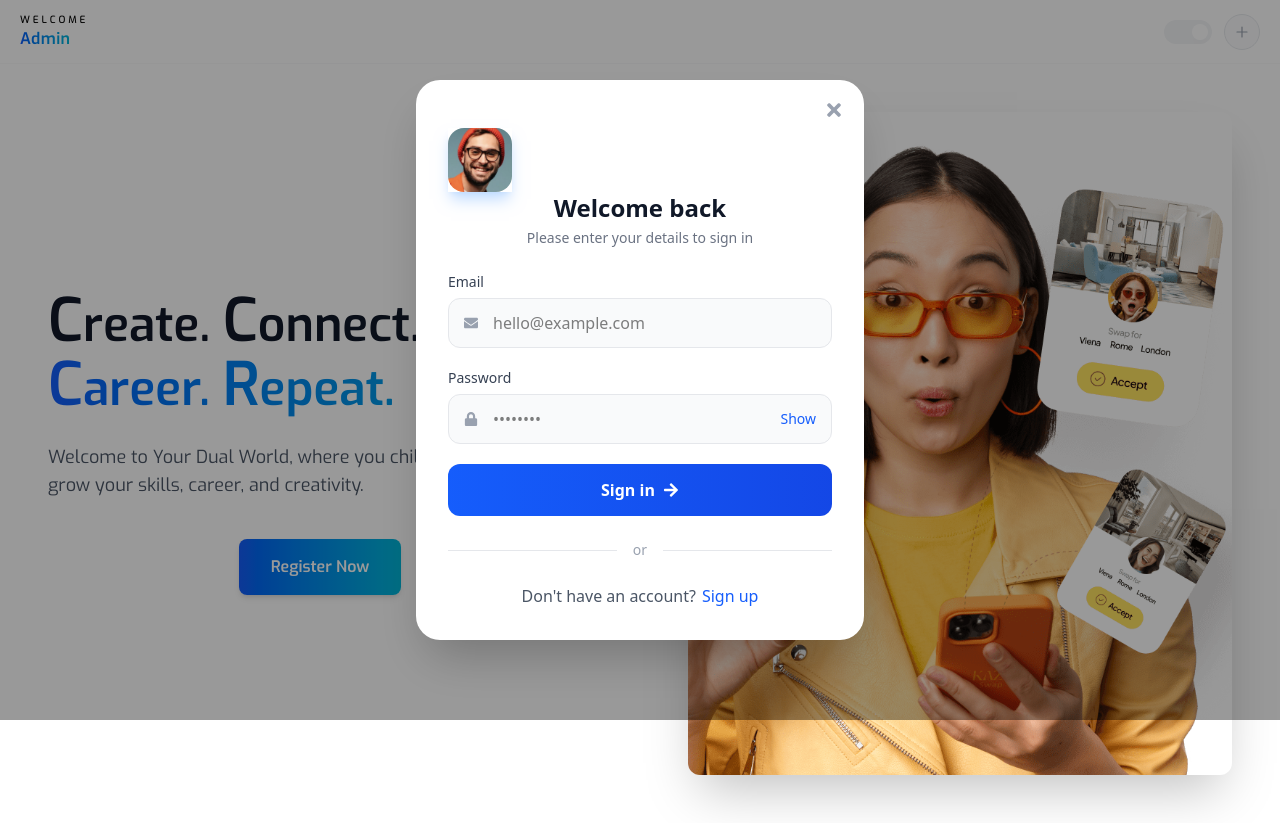
Repository: deepak445566/job
Page: / (app in frontend/), after clicking the first element matching `button.group`
These files come from the project's save history. The page is drawn as it stood at one moment and after a run of saves; the edit follows.
The browser window is 1280 px wide. The pictures show the whole page.
The page's requests for data from a server got no answer. Some web fonts or font styles are not loaded; a fallback is used. The project was rebuilt for these pictures with package versions that can differ from the ones it lists, and the page was loaded fresh each time. Some packages were replaced by stand-ins written for this rebuild. No one was signed in, and anything a server would have sent is missing. Also part of the build but not shown: frontend/vite.config.js, frontend/src/Components/study/StudyDashboard.jsx, frontend/src/Components/chill/ChillDashboard.jsx.

Above is the page before, as saved 2026-02-26 14:33:46.

### frontend/index.html
<!doctype html>
<html lang="en">
  <head>
    <meta charset="UTF-8" />
    <link rel="icon" type="image/svg+xml" href="/vite.svg" />
    <meta name="viewport" content="width=device-width, initial-scale=1.0" />
    <title>frontend</title>
    <link rel="preconnect" href="https://fonts.googleapis.com">
<link rel="preconnect" href="https://fonts.gstatic.com" crossorigin>
<link href="https://fonts.googleapis.com/css2?family=Exo:ital,wght@0,100..900;1,100..900&family=Playfair+Display:ital,wght@0,400..900;1,400..900&display=swap" rel="stylesheet">
  </head>
  <body>
    <div id="root"></div>
    <script type="module" src="/src/main.jsx"></script>
  </body>
</html>

### frontend/src/main.jsx
import { StrictMode } from 'react'
import { createRoot } from 'react-dom/client'
import './index.css'
import App from './App.jsx'
import {BrowserRouter} from 'react-router-dom'
import { AppContextProvider } from './context/AppContextProvider.jsx'




createRoot(document.getElementById('root')).render(
  <BrowserRouter>
  <AppContextProvider>
  <StrictMode>
    <App />
  </StrictMode>
  </AppContextProvider>
  </BrowserRouter>
)

### frontend/src/index.css
@import "tailwindcss";
.exo{
  font-family: "Exo", sans-serif;

  font-style: normal;
}

### frontend/src/App.jsx
import React from "react";
import Login from "./Components/auth/Login";
import { Route, Routes } from "react-router-dom";
import Dashboard from "./Components/Dashboard";
import { useAppContext } from "./context/AppContextProvider";
import Navbar from "./Components/common/Navbar";

function App() {
  const { showLogin } = useAppContext(); // user bhi lein context se

  return (
    <div>
      {/* Navbar hamesha dikhega */}
      <Navbar />

      {/* Login modal - tabhi dikhega jab showLogin true ho */}
      {showLogin && <Login />}

      <Routes>
        <Route path="/" element={<Dashboard />} />
      </Routes>
    </div>
  );
}

export default App;

### frontend/src/context/AppContextProvider.jsx
import { useContext, useEffect, useState } from "react";
import { useNavigate } from "react-router-dom";
import axios from "axios";
import { AppContext } from "./AppContext";
import toast from 'react-hot-toast';

axios.defaults.withCredentials = true;
axios.defaults.baseURL = import.meta.env.VITE_BACKEND_URL;
console.log("Base URL:", import.meta.env.VITE_BACKEND_URL);

export const AppContextProvider = ({ children }) => {
  const navigate = useNavigate();
  const [user, setUser] = useState(null);
  const [mode, setMode] = useState('chill'); // Default 'chill' ya 'study'
  const [showLogin, setShowLogin] = useState(false);
  const [loading, setLoading] = useState(true);

  const fetchUser = async () => {
    try {
      const { data } = await axios.get("/api/auth/isauth");
      if (data.success) {
        setUser(data.user);
        // User login hai toh uski mode fetch karo
        fetchUserMode();
      }
    } catch (error) {
      setUser(null);
    } finally {
      setLoading(false);
    }
  };

  // User ka mode fetch karne ka function
  const fetchUserMode = async () => {
    try {
      const { data } = await axios.get("/api/mode/");
      if (data.success) {
        setMode(data.mode);
      }
    } catch (error) {
      console.log("Error fetching mode:", error);
    }
  };

  // Mode toggle karne ka function
  const toggleMode = async () => {
    if (!user) {
      toast.error("Please login first");
      setShowLogin(true);
      return;
    }

    try {
      const { data } = await axios.put("/api/mode/switch");
      if (data.success) {
        setMode(data.mode);
        toast.success(data.message);
      }
    } catch (error) {
      toast.error(error.response?.data?.message || "Error switching mode");
    }
  };

  useEffect(() => {
    fetchUser();
  }, []);

  return (
    <AppContext.Provider
      value={{
        navigate,
        user,
        setUser,
        axios,
        setShowLogin,
        showLogin,
        mode,
        setMode,
        toggleMode,
        loading
      }}
    >
      {children}
    </AppContext.Provider>
  );
};

export const useAppContext = () => useContext(AppContext);

### frontend/src/Components/auth/Login.jsx
import React from "react";
import toast from "react-hot-toast";
import { useAppContext } from "../../context/AppContextProvider";
import {
  FaEnvelope,
  FaLock,
  FaTimes,
  FaArrowRight,
  FaUser,
} from "react-icons/fa";

function Login() {
  const { setShowLogin, setUser, axios, navigate } = useAppContext();
  const [state, setState] = React.useState("login");
  const [username, setUsername] = React.useState("");
  const [email, setEmail] = React.useState("");
  const [password, setPassword] = React.useState("");
  const [showPassword, setShowPassword] = React.useState(false);
  const [isLoading, setIsLoading] = React.useState(false);

  const onSubmitHandle = async (e) => {
    e.preventDefault();
    setIsLoading(true);

    try {
      let payload = {};

      if (state === "register") {
        payload = { username, email, password };
      } else {
        payload = { email, password };
      }

      const { data } = await axios.post(`/api/auth/${state}`, payload);

      if (data.success) {
        toast.success(
          state === "login"
            ? "Welcome back! 👋"
            : "Account created successfully! 🎉",
        );
        navigate("/");
        setUser(data.user);
        setShowLogin(false);
      } else {
        toast.error(data.message);
      }
    } catch (error) {
      toast.error(error.response?.data?.message || error.message);
    } finally {
      setIsLoading(false);
    }
  };

  return (
    <div
      onClick={() => setShowLogin(false)}
      className="fixed inset-0 z-50 flex items-center justify-center bg-black/40 p-4"
    >
      <div
        onClick={(e) => e.stopPropagation()}
        className="relative w-full max-w-md bg-white rounded-3xl shadow-2xl overflow-hidden animate-slideUp"
      >
        {/* Simple Close Button */}
        <button
          onClick={() => setShowLogin(false)}
          className="absolute top-5 right-5 text-gray-400 hover:text-gray-600 transition-colors z-10"
        >
          <FaTimes size={20} />
        </button>

        {/* Simple Header */}
        <div className="pt-12 pb-6 px-8 text-center">
          <div className="w-16 h-16  flex items-center justify-center shadow-lg shadow-blue-200">
         <img src="/images/log.jpg" className="rounded-2xl"/>
          </div>
          <h2 className="text-2xl font-semibold text-gray-900">
            {state === "login" ? "Welcome back" : "Create account"}
          </h2>
          <p className="text-gray-500 text-sm mt-1">
            {state === "login"
              ? "Please enter your details to sign in"
              : "Please fill in the details to get started"}
          </p>
        </div>

        {/* Form Section */}
        <div className="px-8 pb-8">
          <form onSubmit={onSubmitHandle} className="space-y-5">
            {state === "register" && (
              <div>
                <label className="block text-sm font-medium text-gray-700 mb-1.5">
                  Full Name
                </label>
                <div className="relative">
                  <FaUser className="absolute left-4 top-1/2 -translate-y-1/2 text-gray-400 text-sm" />
                  <input
                    type="text"
                    value={username}
                    onChange={(e) => setUsername(e.target.value)}
                    placeholder="John Doe"
                    className="w-full pl-11 pr-4 py-3 bg-gray-50 border border-gray-200 rounded-xl focus:bg-white focus:border-blue-500 focus:ring-1 focus:ring-blue-500 outline-none transition-all"
                    required
                  />
                </div>
              </div>
            )}

            <div>
              <label className="block text-sm font-medium text-gray-700 mb-1.5">
                Email
              </label>
              <div className="relative">
                <FaEnvelope className="absolute left-4 top-1/2 -translate-y-1/2 text-gray-400 text-sm" />
                <input
                  type="email"
                  value={email}
                  onChange={(e) => setEmail(e.target.value)}
                  placeholder="hello@example.com"
                  className="w-full pl-11 pr-4 py-3 bg-gray-50 border border-gray-200 rounded-xl focus:bg-white focus:border-blue-500 focus:ring-1 focus:ring-blue-500 outline-none transition-all"
                  required
                />
              </div>
            </div>

            <div>
              <label className="block text-sm font-medium text-gray-700 mb-1.5">
                Password
              </label>
              <div className="relative">
                <FaLock className="absolute left-4 top-1/2 -translate-y-1/2 text-gray-400 text-sm" />
                <input
                  type={showPassword ? "text" : "password"}
                  value={password}
                  onChange={(e) => setPassword(e.target.value)}
                  placeholder="••••••••"
                  className="w-full pl-11 pr-24 py-3 bg-gray-50 border border-gray-200 rounded-xl focus:bg-white focus:border-blue-500 focus:ring-1 focus:ring-blue-500 outline-none transition-all"
                  required
                />
                <button
                  type="button"
                  onClick={() => setShowPassword(!showPassword)}
                  className="absolute right-4 top-1/2 -translate-y-1/2 text-sm font-medium text-blue-600 hover:text-blue-700"
                >
                  {showPassword ? "Hide" : "Show"}
                </button>
              </div>
            </div>



            <button
              type="submit"
              disabled={isLoading}
              className="w-full py-3.5 px-4 bg-gradient-to-r from-blue-600 to-blue-700 hover:from-blue-700 hover:to-blue-800 text-white font-semibold rounded-xl transition-all transform hover:scale-[1.02] focus:ring-2 focus:ring-blue-500 focus:ring-offset-2 disabled:opacity-70 disabled:cursor-not-allowed flex items-center justify-center gap-2 group"
            >
              {isLoading ? (
                <div className="w-5 h-5 border-2 border-white border-t-transparent rounded-full animate-spin" />
              ) : (
                <>
                  <span>{state === "login" ? "Sign in" : "Create account"}</span>
                  <FaArrowRight className="group-hover:translate-x-1 transition-transform" />
                </>
              )}
            </button>

            {/* Divider */}
            <div className="relative my-6">
              <div className="absolute inset-0 flex items-center">
                <div className="w-full border-t border-gray-200"></div>
              </div>
              <div className="relative flex justify-center text-sm">
                <span className="px-4 bg-white text-gray-400">or</span>
              </div>
            </div>

            {/* Toggle between login/register */}
            <div className="text-center">
              <p className="text-gray-600">
                {state === "login" ? "Don't have an account?" : "Already have an account?"}
                <button
                  onClick={() => setState(state === "login" ? "register" : "login")}
                  className="ml-1.5 text-blue-600 hover:text-blue-700 font-medium"
                >
                  {state === "login" ? "Sign up" : "Sign in"}
                </button>
              </p>
            </div>
          </form>
        </div>
      </div>

      <style jsx>{`
        @keyframes slideUp {
          from {
            opacity: 0;
            transform: translateY(20px);
          }
          to {
            opacity: 1;
            transform: translateY(0);
          }
        }
        .animate-slideUp {
          animation: slideUp 0.4s ease-out;
        }
      `}</style>
    </div>
  );
}

export default Login;

### frontend/src/Components/Dashboard.jsx
// components/Dashboard.jsx
import React from 'react';
import { useAppContext } from '../context/AppContextProvider';
import StudyDashboard from './study/StudyDashboard';
import ChillDashboard from './chill/ChillDashboard';

function Dashboard() {
  const { mode, user, setShowLogin, loading } = useAppContext();

  // Loading state
  if (loading) {
    return (
      <div className="min-h-screen flex items-center justify-center">
        <div className="text-center">
          <div className="w-16 h-16 border-4 border-blue-500 border-t-transparent rounded-full animate-spin mx-auto mb-4"></div>
          <p className="text-gray-600">Loading dashboard...</p>
        </div>
      </div>
    );
  }

  // Agar user login nahi hai
  if (!user) {
    return (
     <div className="min-h-screen  flex items-center justify-center  exo">

      <div className=" w-full   rounded-2xl overflow-hidden flex flex-col md:flex-row">

        {/* Left side: Text and button */}
        <div className="w-full md:w-1/2 p-5 sm:p-10 lg:p-12 flex flex-col justify-center space-y-6">
          {/* Heading */}
          <h1 className="text-4xl sm:text-5xl font-semibold text-gray-900 leading-tight">
           <span className='text-6xl'>C</span>reate.  <span className='text-6xl'>C</span>onnect.
            <span className="text-transparent bg-clip-text bg-gradient-to-r from-blue-600 to-cyan-500 block ">
             <span className='text-6xl'>C</span>areer.  <span className='text-6xl exo'>R</span>epeat.
            </span>
          </h1>

          {/* Paragraph */}
          <p className="text-lg text-gray-600 ">
           Welcome to Your Dual World, where you chill, learn, connect, and grow your skills, career, and creativity.
          </p>

          {/* Register Now Button */}
          <div className="pt-4 flex justify-center">
            <button onClick={()=>setShowLogin(true)} className="px-8 py-4 bg-gradient-to-r from-blue-600 to-cyan-500 text-white font-semibold rounded-lg shadow-md hover:shadow-lg transform hover:scale-105 transition-all duration-300 ease-in-out focus:outline-none focus:ring-2 focus:ring-blue-400 focus:ring-offset-2">
              Register Now
            </button>
          </div>


        </div>

        {/* Right side: Image */}
        <div className="w-full md:w-1/2  flex items-center justify-center p-3 sm:p-10 lg:p-12">

          <img
            src="/images/m.png"
            alt="Hero visual representing our platform"
            className="w-full h-auto rounded-xl shadow-2xl object-cover transform hover:scale-105 transition-transform duration-500"
          />
        </div>
      </div>
    </div>
    );
  }

  // Mode ke hisaab se dashboard render karo
  return (
    <div className="transition-all duration-500">
      {mode === 'study' ? <StudyDashboard /> : <ChillDashboard />}
    </div>
  );
}

export default Dashboard;

### frontend/src/Components/common/Navbar.jsx
import React, { useState } from "react";
import { useAppContext } from "../../context/AppContextProvider";
import toast from "react-hot-toast";

function Navbar() {
  const { user, setUser, axios, setShowLogin, navigate, mode, toggleMode } =
    useAppContext();
  const [loggingOut, setLoggingOut] = useState(false);
  const [togglingMode, setTogglingMode] = useState(false);
  const [showProfileMenu, setShowProfileMenu] = useState(false);

  const handleLogout = async () => {
    try {
      setLoggingOut(true);
      const { data } = await axios.post("/api/auth/logout");
      if (data.success) {
        setUser(null);
        setShowLogin(true);
        toast.success("Logged out successfully");
        navigate("/");
      } else {
        toast.error(data.message || "Logout failed");
      }
    } catch (error) {
      toast.error(error.response?.data?.message || "Error logging out");
    } finally {
      setLoggingOut(false);
      setShowProfileMenu(false);
    }
  };

  const handleToggleMode = async () => {
    try {
      setTogglingMode(true);
      await toggleMode();
    } catch (error) {
      console.error("Error toggling mode:", error);
    } finally {
      setTogglingMode(false);
    }
  };

  const handleProfileClick = () => {
    if (user) {
      setShowProfileMenu(!showProfileMenu);
    } else {
      setShowLogin(true);
    }
  };

  // Get first letter of name for avatar
  const getInitial = () => {
    if (user?.username) return user.username[0].toUpperCase();
    if (user?.email) return user.email[0].toUpperCase();
    return 'K';
  };

  return (
    <nav className="bg-white/80 backdrop-blur-xl px-5 py-3 border-b border-gray-100/50 sticky top-0 z-50 exo">
      <div className="flex justify-between items-center max-w-7xl mx-auto">
        {/* Left Side - Minimal Luxury Greeting */}
        <div className="flex items-center gap-4">


          {/* Name with exquisite typography */}
          <div className="flex flex-col">
            <span className="text-[10px] uppercase tracking-[0.3em] text-black font-medium">
              Welcome
            </span>
            <div className="flex items-center gap-2">
              <span className="text-base font-semibold text-transparent bg-clip-text  bg-gradient-to-r from-blue-600 to-cyan-500 tracking-wide">
                {user?.username || user?.email?.split('@')[0] || 'Admin'}
              </span>
              {user && (
                <span className="w-1 h-1 bg-gray-300 rounded-full"></span>
              )}
            </div>
          </div>
        </div>

        {/* Right Side - Ultra Minimal Actions */}
        <div className="flex items-center gap-3">
          {/* Mode Toggle - Refined Switch */}
          <button
            onClick={handleToggleMode}
            disabled={togglingMode || !user}
            className={`relative w-12 h-6 rounded-full transition-all duration-700 ${
              user
                ? mode === 'study'
                  ? 'bg-gray-900'
                  : 'bg-gray-400'
                : 'bg-gray-100 cursor-not-allowed'
            }`}
            title={!user ? "Login to switch mode" : `Switch to ${mode === 'study' ? 'Chill' : 'Study'}`}
          >
            <span
              className={`absolute top-1 left-1 w-4 h-4 bg-white rounded-full shadow-xl transform transition-all duration-500 ease-in-out ${
                mode === 'chill' ? 'translate-x-6' : ''
              }`}
            />
          </button>

          {/* Profile - Museum Quality */}
          <div className="relative">
            <button
              onClick={handleProfileClick}
              className="group relative focus:outline-none"
            >
              {/* Ultra subtle ring */}
              {user && (
                <div className="absolute -inset-0.5 bg-gradient-to-r from-gray-200 to-gray-300 rounded-full opacity-0 group-hover:opacity-100 transition-opacity duration-500 blur-[1px]"></div>
              )}

              {/* Minimal Avatar */}
              <div className={`relative w-9 h-9 rounded-full flex items-center justify-center transition-all duration-300 ${
                user
                  ? 'bg-gray-900 text-white border border-white/20'
                  : 'bg-gray-50 text-gray-400 border border-gray-200'
              }`}>
                {user ? (
                  <span className="text-xs font-light tracking-wider">{getInitial()}</span>
                ) : (
                  <svg width="16" height="16" viewBox="0 0 16 16" fill="none" xmlns="http://www.w3.org/2000/svg">
                    <path d="M8 3V13M3 8H13" stroke="currentColor" strokeWidth="1.2" strokeLinecap="round"/>
                  </svg>
                )}
              </div>
            </button>

            {/* Profile Menu - Minimal Luxury Dropdown */}
            {showProfileMenu && user && (
              <>
                {/* Backdrop */}
                <div
                  className="fixed inset-0 z-40"
                  onClick={() => setShowProfileMenu(false)}
                />

                {/* Menu Card - Like a luxury boutique */}
                <div className="absolute right-0 mt-3 w-56 bg-white/95 backdrop-blur-xl rounded-2xl shadow-[0_20px_40px_-15px_rgba(0,0,0,0.1)] border border-gray-100/80 z-50 overflow-hidden">
                  {/* User Info - Minimal */}
                  <div className="px-5 py-4 border-b border-gray-100/50">
                    <p className="text-xs text-gray-400 uppercase tracking-[0.2em] mb-2 font-light">
                      Account
                    </p>
                    <p className="text-sm font-medium text-gray-900 mb-0.5">
                      {user.username || 'User'}
                    </p>
                    <p className="text-xs text-gray-400 truncate font-light">
                      {user.email || 'user@example.com'}
                    </p>
                  </div>

                  {/* Menu Items - Refined */}
                  <div className="p-2">
                    <button
                      onClick={() => {
                        setShowProfileMenu(false);
                        navigate('/profile');
                      }}
                      className="w-full px-4 py-2.5 text-left hover:bg-gray-50/80 rounded-xl transition-all duration-200 flex items-center gap-3 text-gray-600 group"
                    >
                      <span className="text-sm opacity-50 group-hover:opacity-100 transition-opacity">👤</span>
                      <span className="text-xs font-light tracking-wide">Profile</span>
                    </button>

                    <button
                      onClick={() => {
                        setShowProfileMenu(false);
                        navigate('/settings');
                      }}
                      className="w-full px-4 py-2.5 text-left hover:bg-gray-50/80 rounded-xl transition-all duration-200 flex items-center gap-3 text-gray-600 group"
                    >
                      <span className="text-sm opacity-50 group-hover:opacity-100 transition-opacity">⚙️</span>
                      <span className="text-xs font-light tracking-wide">Settings</span>
                    </button>

                    <div className="h-px bg-gray-100/50 my-2"></div>

                    <button
                      onClick={handleLogout}
                      disabled={loggingOut}
                      className="w-full px-4 py-2.5 text-left hover:bg-red-50/50 rounded-xl transition-all duration-200 flex items-center gap-3 text-red-400 group"
                    >
                      <span className="text-sm opacity-50 group-hover:opacity-100 transition-opacity">🚪</span>
                      <span className="text-xs font-light tracking-wide flex-1">
                        {loggingOut ? "Exiting..." : "Sign out"}
                      </span>
                      {loggingOut && (
                        <span className="w-3 h-3 border border-red-300 border-t-transparent rounded-full animate-spin" />
                      )}
                    </button>
                  </div>
                </div>
              </>
            )}
          </div>
        </div>
      </div>
    </nav>
  );
}

export default Navbar;

Loaded but not shown: frontend/src/context/AppContext.jsx (common file)

After the next 2 saves:
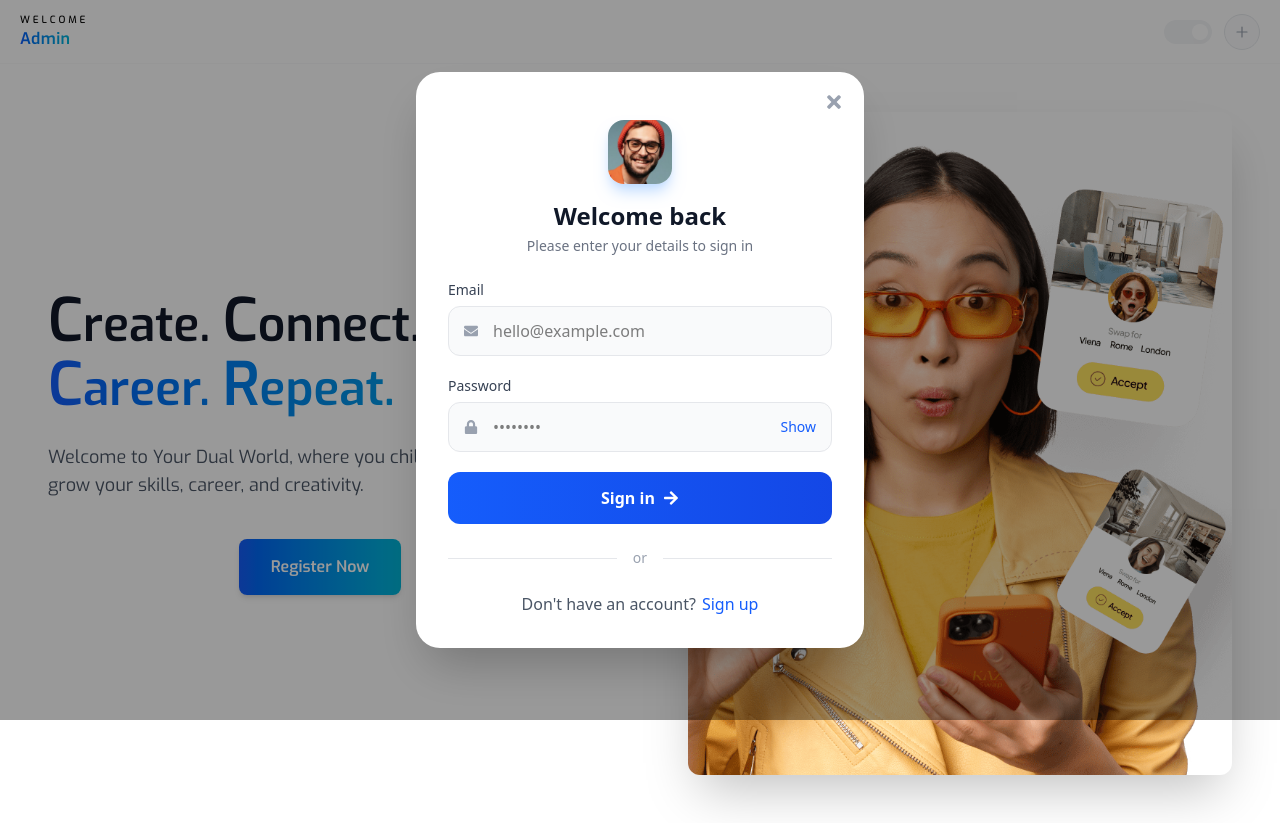
The 2 saves are shown as one change because they came seconds apart.
The last was saved 8 s later.
--- a/frontend/src/Components/auth/Login.jsx
+++ b/frontend/src/Components/auth/Login.jsx
@@ -71,7 +71,7 @@ function Login() {
 
         {/* Simple Header */}
         <div className="pt-12 pb-6 px-8 text-center">
-          <div className="w-16 h-16  flex items-center justify-center shadow-lg shadow-blue-200">
+          <div className="w-16 h-16 rounded-2xl mx-auto mb-4 flex items-center justify-center shadow-lg shadow-blue-200">
          <img src="/images/log.jpg" className="rounded-2xl"/>
           </div>
           <h2 className="text-2xl font-semibold text-gray-900">
